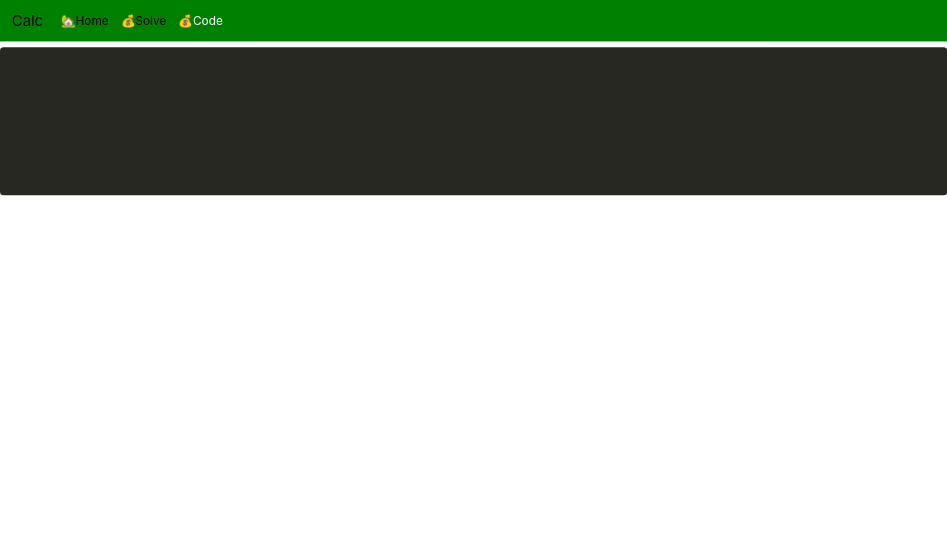
Repository: zhadjah9559/MortgageManager
Page: code.html
The author's editor kept a copy of each file at every save. The page is drawn from the files as they stood at one save, then again after the next save.
The browser window is 1280 px wide. The pictures show the whole page, at 74% of full size.

Above is the page before, as saved 2021-01-17 14:15:20.

### code.html
<!doctype html>
<html lang="en">
  <head>
    <title>Mortgage Loan Calculator</title>
    <!-- Required meta tags -->
    <meta charset="utf-8">
    <meta name="viewport" content="width=device-width, initial-scale=1, shrink-to-fit=no">

    <!-- Bootstrap CSS -->
    <link rel="stylesheet" href="https://stackpath.bootstrapcdn.com/bootstrap/4.3.1/css/bootstrap.min.css" integrity="sha384-ggOyR0iXCbMQv3Xipma34MD+dH/1fQ784/j6cY/iJTQUOhcWr7x9JvoRxT2MZw1T" crossorigin="anonymous">
    <link rel="stylesheet" href="css/custom.css">
    <link rel="stylesheet" href="css/prism.css">
  </head>
  <body>

    <nav class="navbar navbar-expand-sm navbar-dark" style="background-color: green;">
        <a class="navbar-brand" href="#">Calc</a>
        <button class="navbar-toggler d-lg-none" type="button" data-toggle="collapse" data-target="#collapsibleNavId" aria-controls="collapsibleNavId"
            aria-expanded="false" aria-label="Toggle navigation"></button>
        <div class="collapse navbar-collapse" id="collapsibleNavId">
            <ul class="navbar-nav mr-auto mt-2 mt-lg-0">
                <li class="nav-item ">
                    <a class="nav-link" href="index.html">🏡Home</a>
                </li>
                <li class="nav-item">
                    <a class="nav-link" href="solve.html">💰Solve</a>
                </li>
                <li class="nav-item active">
                    <a class="nav-link" href="code.html">💰Code <span class="sr-only">(current)</span></a>
                </li>
            </ul>
        </div>
    </nav>

    <pre>
        <code class="language-js">



        </code>
    </pre>

    <!-- Optional JavaScript -->
    <!-- jQuery first, then Popper.js, then Bootstrap JS -->
    <script src="https://code.jquery.com/jquery-3.3.1.slim.min.js" integrity="sha384-q8i/X+965DzO0rT7abK41JStQIAqVgRVzpbzo5smXKp4YfRvH+8abtTE1Pi6jizo" crossorigin="anonymous"></script>
    <script src="https://cdnjs.cloudflare.com/ajax/libs/popper.js/1.14.7/umd/popper.min.js" integrity="sha384-UO2eT0CpHqdSJQ6hJty5KVphtPhzWj9WO1clHTMGa3JDZwrnQq4sF86dIHNDz0W1" crossorigin="anonymous"></script>
    <script src="https://stackpath.bootstrapcdn.com/bootstrap/4.3.1/js/bootstrap.min.js" integrity="sha384-JjSmVgyd0p3pXB1rRibZUAYoIIy6OrQ6VrjIEaFf/nJGzIxFDsf4x0xIM+B07jRM" crossorigin="anonymous"></script>
    <script src="js/custom.js"></script>
    <script src="js/prism.js"></script>
  </body>
</html>

### css/custom.css
.navbar-dark .navbar-nav .active>.nav-link{
    color:white;
}
.navbar-dark .navbar-nav .nav-link{
    color:black;
}
.navbar .navbar-brand{
    color:black;
}

.indexContainer {
    width:860px;
    height:540px;
    position:absolute;
    top:60%;
    left:50%;
    margin-top:-320px;
    margin-left:-480px;
}

### css/prism.css
/* PrismJS 1.23.0
https://prismjs.com/download.html#themes=prism-okaidia&languages=markup+css+clike+javascript&plugins=line-numbers */
/**
 * okaidia theme for JavaScript, CSS and HTML
 * Loosely based on Monokai textmate theme by http://www.monokai.nl/
 * @author ocodia
 */

code[class*="language-"],
pre[class*="language-"] {
	color: #f8f8f2;
	background: none;
	text-shadow: 0 1px rgba(0, 0, 0, 0.3);
	font-family: Consolas, Monaco, 'Andale Mono', 'Ubuntu Mono', monospace;
	font-size: 1em;
	text-align: left;
	white-space: pre;
	word-spacing: normal;
	word-break: normal;
	word-wrap: normal;
	line-height: 1.5;

	-moz-tab-size: 4;
	-o-tab-size: 4;
	tab-size: 4;

	-webkit-hyphens: none;
	-moz-hyphens: none;
	-ms-hyphens: none;
	hyphens: none;
}

/* Code blocks */
pre[class*="language-"] {
	padding: 1em;
	margin: .5em 0;
	overflow: auto;
	border-radius: 0.3em;
}

:not(pre) > code[class*="language-"],
pre[class*="language-"] {
	background: #272822;
}

/* Inline code */
:not(pre) > code[class*="language-"] {
	padding: .1em;
	border-radius: .3em;
	white-space: normal;
}

.token.comment,
.token.prolog,
.token.doctype,
.token.cdata {
	color: #8292a2;
}

.token.punctuation {
	color: #f8f8f2;
}

.token.namespace {
	opacity: .7;
}

.token.property,
.token.tag,
.token.constant,
.token.symbol,
.token.deleted {
	color: #f92672;
}

.token.boolean,
.token.number {
	color: #ae81ff;
}

.token.selector,
.token.attr-name,
.token.string,
.token.char,
.token.builtin,
.token.inserted {
	color: #a6e22e;
}

.token.operator,
.token.entity,
.token.url,
.language-css .token.string,
.style .token.string,
.token.variable {
	color: #f8f8f2;
}

.token.atrule,
.token.attr-value,
.token.function,
.token.class-name {
	color: #e6db74;
}

.token.keyword {
	color: #66d9ef;
}

.token.regex,
.token.important {
	color: #fd971f;
}

.token.important,
.token.bold {
	font-weight: bold;
}
.token.italic {
	font-style: italic;
}

.token.entity {
	cursor: help;
}

pre[class*="language-"].line-numbers {
	position: relative;
	padding-left: 3.8em;
	counter-reset: linenumber;
}

pre[class*="language-"].line-numbers > code {
	position: relative;
	white-space: inherit;
}

.line-numbers .line-numbers-rows {
	position: absolute;
	pointer-events: none;
	top: 0;
	font-size: 100%;
	left: -3.8em;
	width: 3em; /* works for line-numbers below 1000 lines */
	letter-spacing: -1px;
	border-right: 1px solid #999;

	-webkit-user-select: none;
	-moz-user-select: none;
	-ms-user-select: none;
	user-select: none;

}

	.line-numbers-rows > span {
		display: block;
		counter-increment: linenumber;
	}

		.line-numbers-rows > span:before {
			content: counter(linenumber);
			color: #999;
			display: block;
			padding-right: 0.8em;
			text-align: right;
		}

### js/custom.js
function calculateLoan(){
    let loanAmount = parseInt( document.getElementById("loanAmount").value )
    let months = parseInt( document.getElementById("months").value )

    //before the very first month
    let remainingBalance = [loanAmount]

    //DONT FORGET TO CONVERT THIS TO A PERCENTAGE
    let interestRate = parseFloat( document.getElementById("interestRate").value )

    //Keep track of interest payments
    let interest = new Array()

    //Keep track of principal payments
    let principalPayments = new Array()

    //keep track of total interest
    let totalInterest = new Array()
    totalInterest.push(0);

    //Total Monthly Payment                                                         (1+rate/1200)^(-NumberOfMonths)
    let totalMonthlyPayment = (loanAmount) * (interestRate/1200) / (1 -   Math.pow( (1 + interestRate/1200) , (-months) ) )

    //END OF DECLARATIONS*******************************************************

    //input validation to make sure interest is valid number
    if(interestRate >= 100){

    }

    //loop will perform 60 times meaning you will get 60 elements for the variables declared inside
    for (let i = 0; i < months; i++) {
        //Interest
        interest.push(  (remainingBalance[i]) * (interestRate/1200)  )

        //principal payment
        principalPayments.push(  totalMonthlyPayment - interest[i]  )

        //totalInterest
        totalInterest.push( totalInterest[i] + ( (totalMonthlyPayment) - (principalPayments[i]) )    )

        remainingBalance.push( remainingBalance[i] - principalPayments[i] )
    }

    //will later on be used in order to display output
    let tBody ="";
    for (let i = 0; i < months; i++) {
        tBody += `<tr> <td>${ i+1 }</td>
                       <td>$${  (Math.round(totalMonthlyPayment * 100) / 100).toFixed(2) }</td>
                       <td>$${  (Math.round(principalPayments[i] * 100) / 100).toFixed(2)   }</td>
                       <td>${   (Math.round(interest[i] * 100) / 100).toFixed(2) }%</td>
                       <td>$${  (Math.round(totalInterest[i+1] * 100) / 100).toFixed(2)   }</td>
                       <td>$${  (Math.round(remainingBalance[i+1] * 100) / 100).toFixed(2)   }</td>
                 </tr>`
    }
    document.getElementById("tBody").innerHTML = tBody
    document.getElementById("totalPrincipalOutput").innerHTML = `$${(Math.round(  loanAmount  *100)/100).toFixed(2)}`
    document.getElementById("totalInterestOutput").innerHTML = `$${(Math.round(  totalInterest[months]  *100)/100).toFixed(2)}`
    document.getElementById("totalCostOutput").innerHTML = `$${(Math.round( (loanAmount + totalInterest[months])  *100)/100).toFixed(2)}`
}

Loaded but not shown: js/prism.js (library)

After the next save:
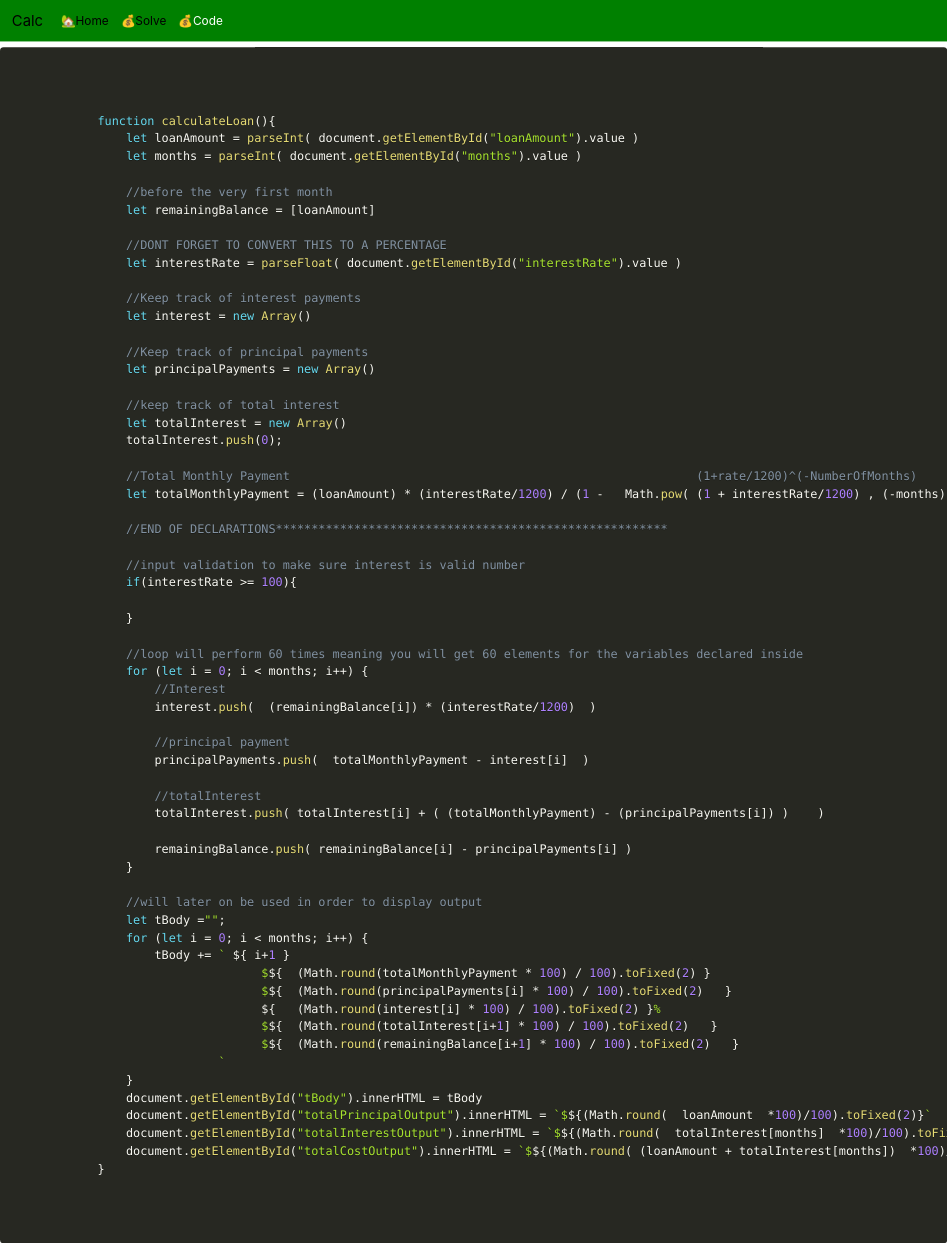
Saved 14 s later.
--- a/code.html
+++ b/code.html
@@ -35,7 +35,66 @@
     <pre>
         <code class="language-js">
 
+            function calculateLoan(){
+                let loanAmount = parseInt( document.getElementById("loanAmount").value )
+                let months = parseInt( document.getElementById("months").value )
 
+                //before the very first month
+                let remainingBalance = [loanAmount]
+
+                //DONT FORGET TO CONVERT THIS TO A PERCENTAGE
+                let interestRate = parseFloat( document.getElementById("interestRate").value )
+
+                //Keep track of interest payments
+                let interest = new Array()
+
+                //Keep track of principal payments
+                let principalPayments = new Array()
+
+                //keep track of total interest
+                let totalInterest = new Array()
+                totalInterest.push(0);
+
+                //Total Monthly Payment                                                         (1+rate/1200)^(-NumberOfMonths)
+                let totalMonthlyPayment = (loanAmount) * (interestRate/1200) / (1 -   Math.pow( (1 + interestRate/1200) , (-months) ) )
+
+                //END OF DECLARATIONS*******************************************************
+
+                //input validation to make sure interest is valid number
+                if(interestRate >= 100){
+
+                }
+
+                //loop will perform 60 times meaning you will get 60 elements for the variables declared inside
+                for (let i = 0; i < months; i++) {
+                    //Interest
+                    interest.push(  (remainingBalance[i]) * (interestRate/1200)  )
+
+                    //principal payment
+                    principalPayments.push(  totalMonthlyPayment - interest[i]  )
+
+                    //totalInterest
+                    totalInterest.push( totalInterest[i] + ( (totalMonthlyPayment) - (principalPayments[i]) )    )
+
+                    remainingBalance.push( remainingBalance[i] - principalPayments[i] )
+                }
+
+                //will later on be used in order to display output
+                let tBody ="";
+                for (let i = 0; i < months; i++) {
+                    tBody += `<tr> <td>${ i+1 }</td>
+                                   <td>$${  (Math.round(totalMonthlyPayment * 100) / 100).toFixed(2) }</td>
+                                   <td>$${  (Math.round(principalPayments[i] * 100) / 100).toFixed(2)   }</td>
+                                   <td>${   (Math.round(interest[i] * 100) / 100).toFixed(2) }%</td>
+                                   <td>$${  (Math.round(totalInterest[i+1] * 100) / 100).toFixed(2)   }</td>
+                                   <td>$${  (Math.round(remainingBalance[i+1] * 100) / 100).toFixed(2)   }</td>
+                             </tr>`
+                }
+                document.getElementById("tBody").innerHTML = tBody
+                document.getElementById("totalPrincipalOutput").innerHTML = `$${(Math.round(  loanAmount  *100)/100).toFixed(2)}`
+                document.getElementById("totalInterestOutput").innerHTML = `$${(Math.round(  totalInterest[months]  *100)/100).toFixed(2)}`
+                document.getElementById("totalCostOutput").innerHTML = `$${(Math.round( (loanAmount + totalInterest[months])  *100)/100).toFixed(2)}`
+            }
 
         </code>
     </pre>
